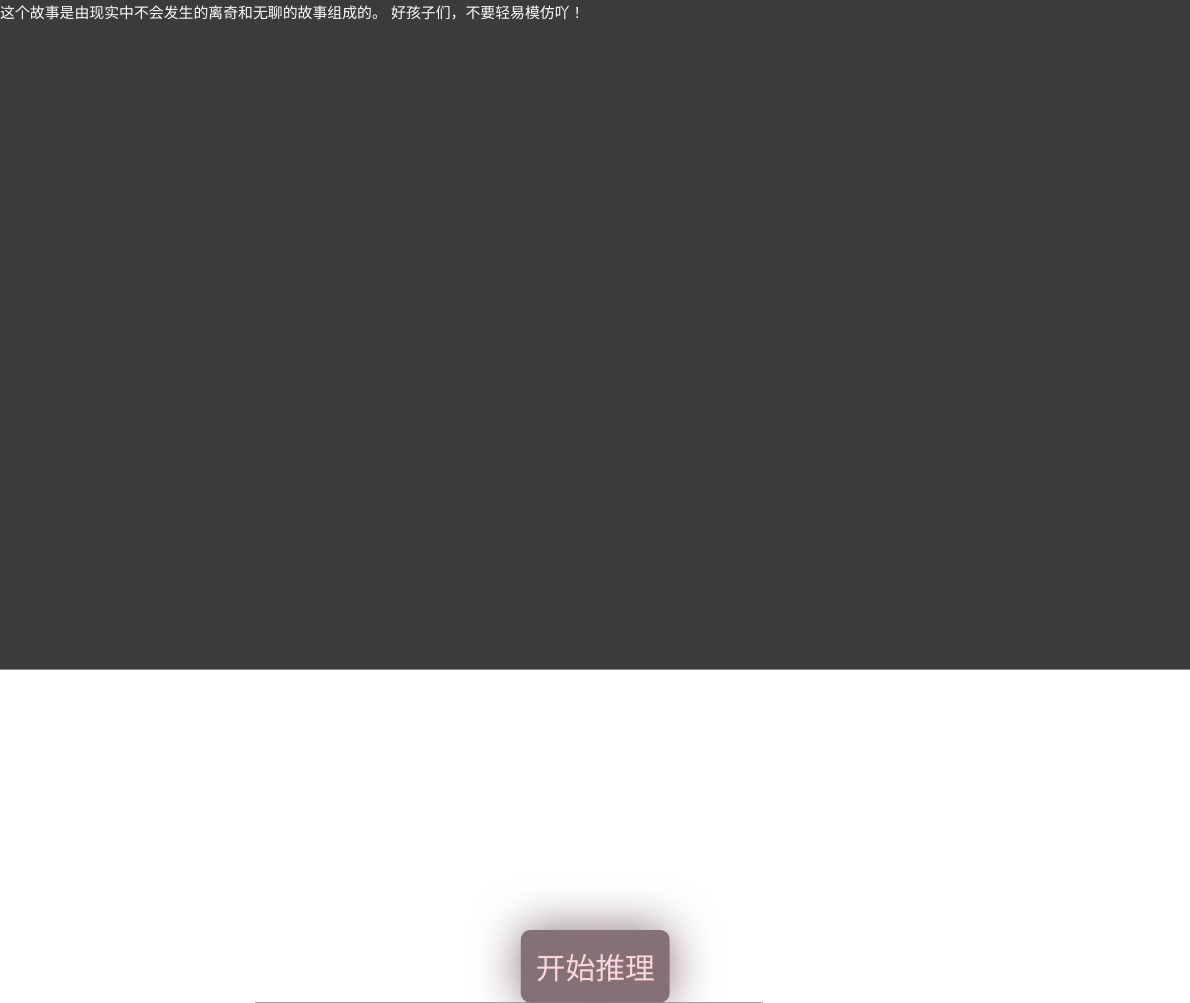
Repository: Jofali/reasoning-genius
Page: /
These files come from the project's save history. The page is drawn as it stood at one moment and after the next save; the edit follows.
The browser window is 1280 px wide. The pictures show the whole page, at 93% of full size.
The project was rebuilt for these pictures with package versions that can differ from the ones it lists, and the page was loaded fresh each time. Also part of the build but not shown: src/part1/part1.css, src/part1/part1.js, src/part2/part2.css, src/part2/part2.js, src/title/title.css, src/title/title.js, src/inventory/inventory.css, src/inventory/inventory.js and 2 more.

Above is the page before, as saved 2019-05-22 17:48:54.

### public/index.html
<!DOCTYPE html>
<html lang="en">
  <head>
    <meta charset="utf-8" />
    <link rel="shortcut icon" href="%PUBLIC_URL%/favicon.ico" />
    <meta name="viewport" content="width=device-width, initial-scale=1" />
    <meta name="theme-color" content="#000000" />
    <!--
      manifest.json provides metadata used when your web app is installed on a
      user's mobile device or desktop. See https://developers.google.com/web/fundamentals/web-app-manifest/
    -->
    <link rel="manifest" href="%PUBLIC_URL%/manifest.json" />
    <!--
      Notice the use of %PUBLIC_URL% in the tags above.
      It will be replaced with the URL of the `public` folder during the build.
      Only files inside the `public` folder can be referenced from the HTML.

      Unlike "/favicon.ico" or "favicon.ico", "%PUBLIC_URL%/favicon.ico" will
      work correctly both with client-side routing and a non-root public URL.
      Learn how to configure a non-root public URL by running `npm run build`.
    -->
    <title>Reasoning Genius</title>
  </head>
  <body>
    <noscript>You need to enable JavaScript to run this app.</noscript>
    <div id="root"></div>
    <!--
      This HTML file is a template.
      If you open it directly in the browser, you will see an empty page.

      You can add webfonts, meta tags, or analytics to this file.
      The build step will place the bundled scripts into the <body> tag.

      To begin the development, run `npm start` or `yarn start`.
      To create a production bundle, use `npm run build` or `yarn build`.
    -->
  </body>
</html>

### src/index.css
body {
  margin: 0;
  font-family: -apple-system, BlinkMacSystemFont, "Segoe UI", "Roboto", "Oxygen",
    "Ubuntu", "Cantarell", "Fira Sans", "Droid Sans", "Helvetica Neue",
    sans-serif;
  -webkit-font-smoothing: antialiased;
  -moz-osx-font-smoothing: grayscale;
}

code {
  font-family: source-code-pro, Menlo, Monaco, Consolas, "Courier New",
    monospace;
}

#root {
  height: 100%;
}

*{
  padding: 0;
  margin: 0;
}

html,body {
  height: 100%;
}

.sw-enter {
  opacity: 0;
}
.sw-enter-active {
  opacity: 1;
  transform: translateX(0);
  transition: opacity 300ms, transform 300ms;
}
.sw-exit {
  opacity: 1;
}
.sw-exit-active {
  opacity: 0;
  transition: opacity 300ms, transform 300ms;
}

### src/App.js
import React, { Component } from 'react';
import { CSSTransition } from 'react-transition-group';

import Partwrap from './partwrap/partwrap';
import Begin from './begin/begin';

import './App.css';

class App extends Component {
  constructor(props) {
    super(props);
    this.state = {
      content: <Begin />,
      maxPartNum: 1,
      showPart: true,
      btnClass: "btn-game btn-game-begin-status"
    };
    this.stepTo = this.stepTo.bind(this);
  }

  partNum = 0;
  timer = null;
  stepTo() {
    if(this.partNum === this.state.maxPartNum) {
      this.partNum = 0;
    } else {
      this.partNum += 1;
    }

    this.setshow(false);
    if(this.timer !== null) {
      clearTimeout(this.timer);
    }
    this.timer = setTimeout( () => {
      switch(this.partNum)
      {
        case 0:
          this.setState({ content: <Begin />, btnClass: "btn-game btn-game-begin-status" })
          break;
        case 1:
          this.setState({ content: <Partwrap />, btnClass: "btn-game btn-game-end-status" })
          break;
        default:
          this.setState({ content: <Begin />, btnClass: "btn-game btn-game-begin-status" })
      }
      this.setshow(true);
    }, 300);

  }

  setshow(bool) {
    this.setState({ showPart: bool })
  }

  componentDidMount() {

  }

  render() {
    return (
        <div className="App">
          <CSSTransition
              in={this.state.showPart}
              timeout={300}
              classNames="sw"
              unmountOnExit
            >
              { this.state.content }
          </CSSTransition>
          <button className={this.state.btnClass} onClick={this.stepTo}>开始推理</button>
        </div>
    );
  }
}

export default App;

### src/begin/begin.js
import React from 'react';

import './begin.css';
function Title() {
  return (
      <div className="begin">
        <div className="begin-content-wrap">
          这个故事是由现实中不会发生的离奇和无聊的故事组成的。
          好孩子们，不要轻易模仿吖！
        </div>
      </div>
  );
}

export default Title;

### src/App.css
.App {
  width: 100%;
  height: 100%;
  background: rgb(253,214,222);
  position: relative;
}

.App img {
  width: 100%;
}

.btn-game-begin-status {
  top: 1000px;
  left: 50%;
  background: rgb(133, 113, 117);
  padding: 1rem;
  font-size: 2rem;
  transform: translateX(-50%);
  color: rgb(253,214,222);
  border-radius: 10px;
  box-shadow: 0px 0px 50px rgb(133, 113, 117);
}

.btn-game-end-status {
  top: 100px;
  right: 10%;
}

.btn-game {
  position:absolute;
  border: none;
  transition: all .3s;

}

### src/begin/begin.css
.begin {
  width: 100%;
  height: 100%;
  background: rgb(59, 59, 59);
  color: #fff;
}

Loaded but not shown: src/index.js (common file); src/serviceWorker.js (common file)

After the next save:
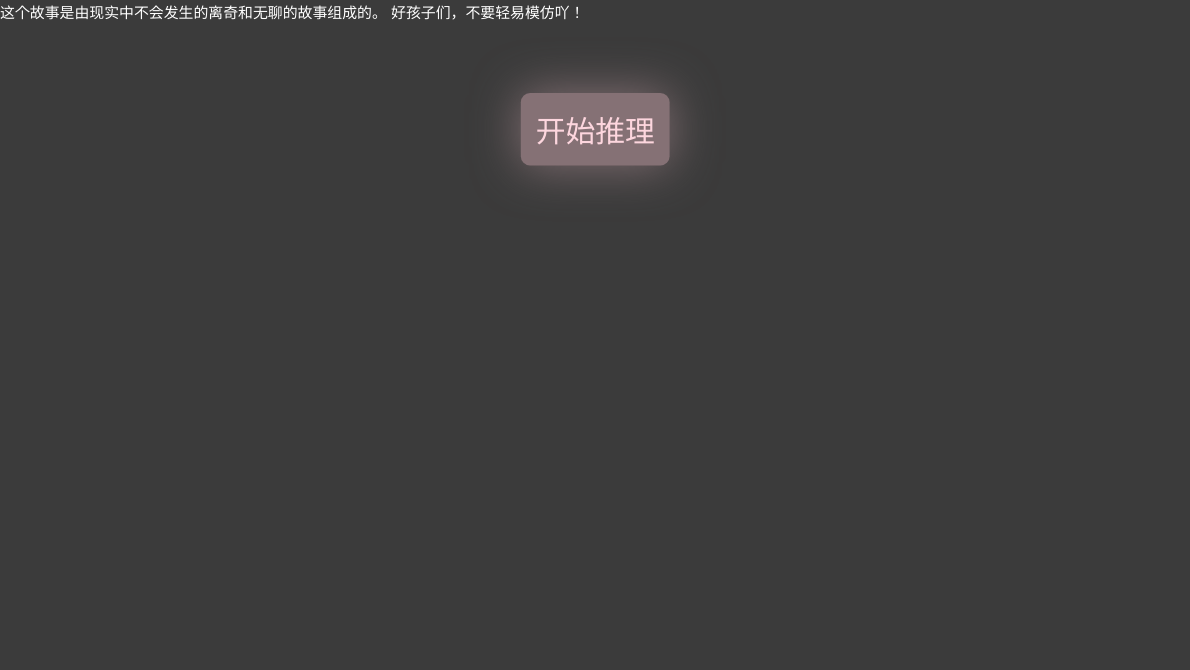
Saved 23 s later.
--- a/src/App.css
+++ b/src/App.css
@@ -10,7 +10,7 @@
 }
 
 .btn-game-begin-status {
-  top: 1000px;
+  top: 100px;
   left: 50%;
   background: rgb(133, 113, 117);
   padding: 1rem;
